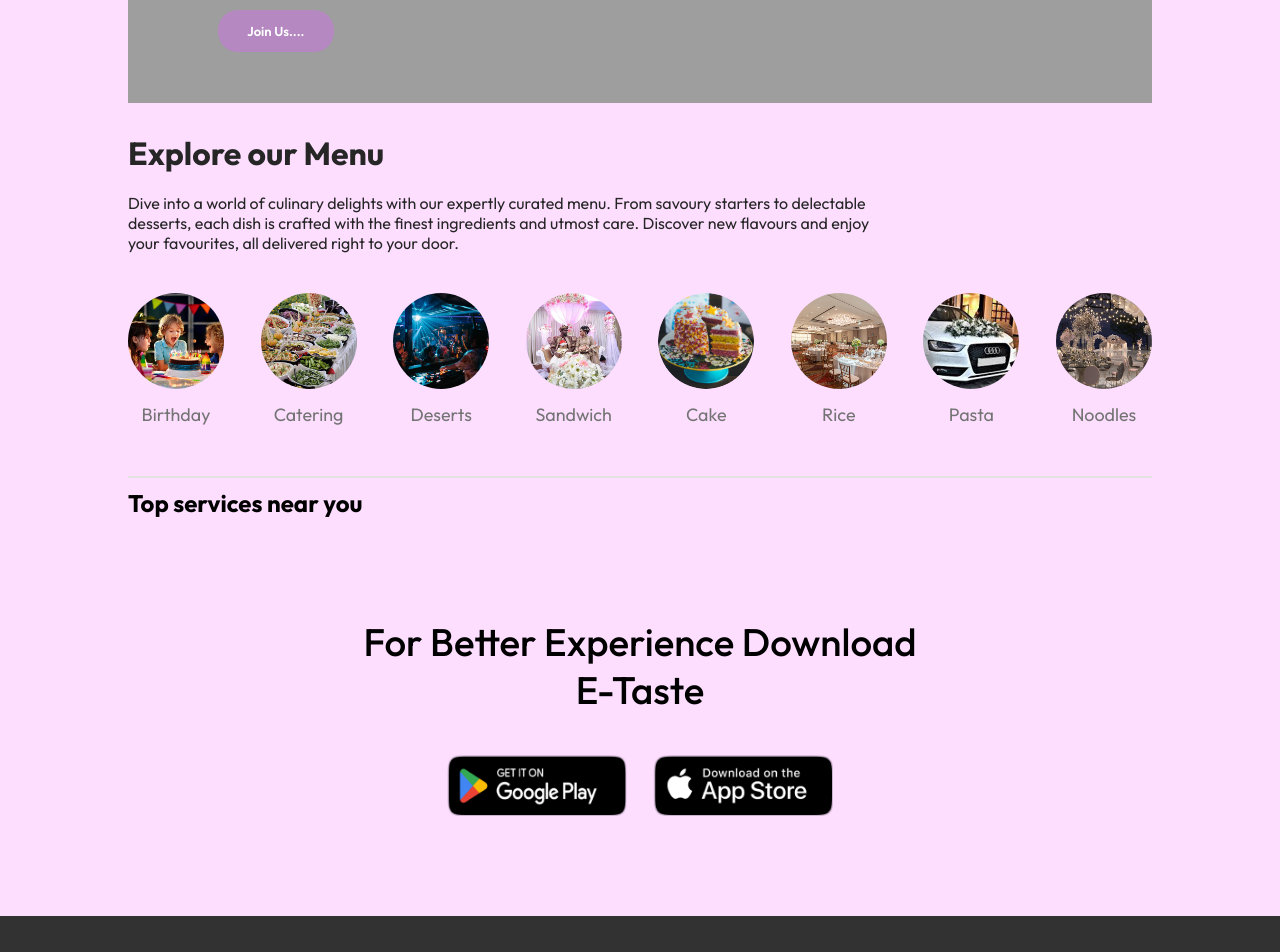
Repository: Abhiranda/Ceyloccation.lk
Page: / (app in frontend/)
These files come from the project's save history. The page is drawn as it stood at one moment and after the next save; the edit follows.
The browser window is 1280 px wide. The pictures show the part of the page from y = 521 to 1473 px (the page is 1817 px tall).
Pictures or frames that could not be fetched are drawn as grey boxes. The page's requests for data from a server got no answer. The project was rebuilt for these pictures with package versions that can differ from the ones it lists, and the page was loaded fresh each time. No one was signed in, and anything a server would have sent is missing. Also part of the build but not shown: frontend/vite.config.js, frontend/src/pages/PlaceOrder/PlaceOrder.css, frontend/src/pages/PlaceOrder/PlaceOrder.jsx, frontend/src/components/ServiceDisplay/ServiceDisplay.css, frontend/src/components/ServiceItem/ServiceItem.css, frontend/src/components/ServiceItem/ServiceItem.jsx, frontend/src/pages/Cart/Cart.css, frontend/src/pages/Cart/Cart.jsx and 6 more.

Above is the page before, as saved 2024-06-07 12:56:49.

After the next save:
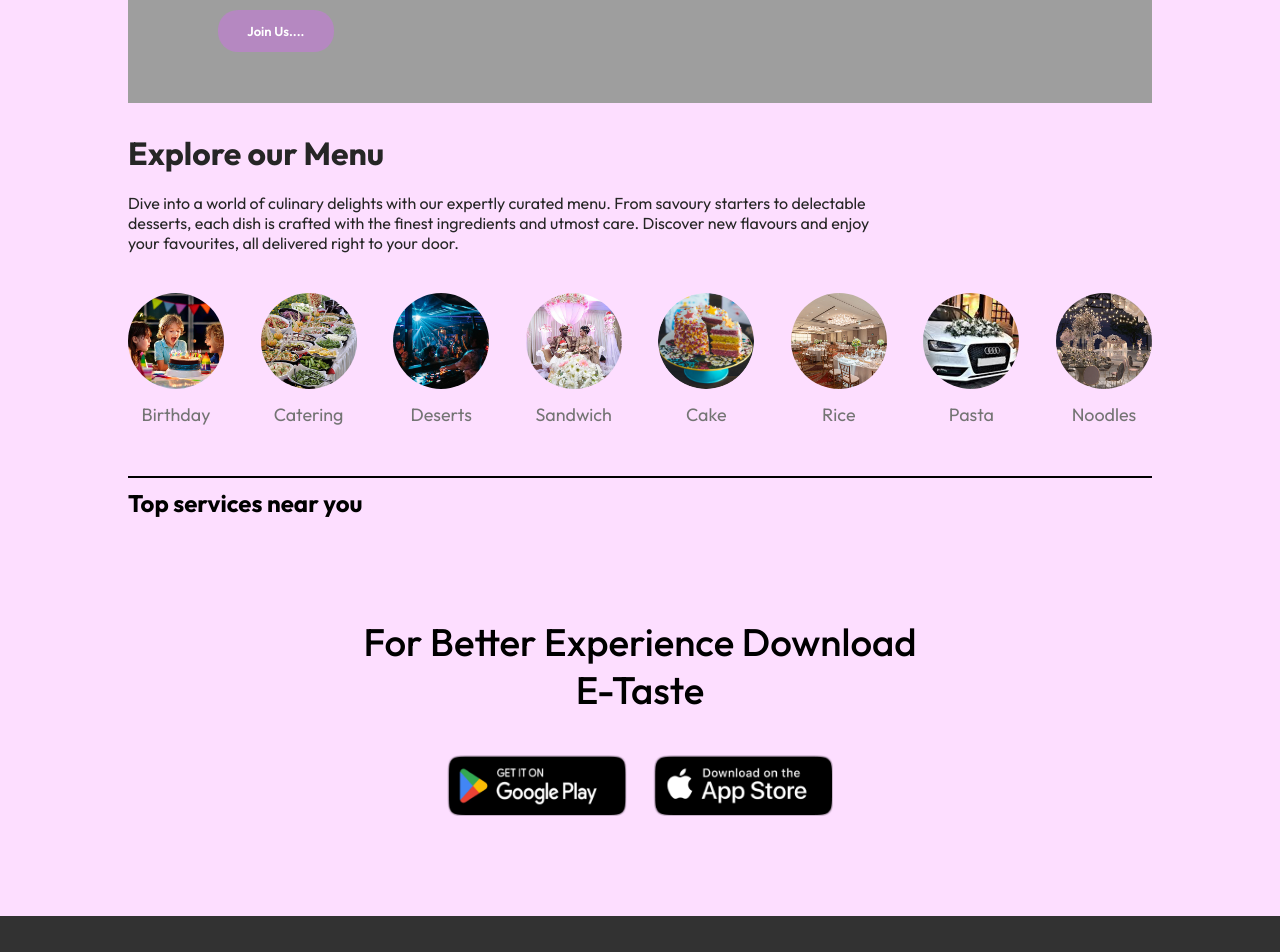
Saved 58 min 25 s later.
--- a/frontend/src/components/ExploreMenu/ExploreMenu.css
+++ b/frontend/src/components/ExploreMenu/ExploreMenu.css
@@ -49,7 +49,7 @@
 .explore-menu hr{
     margin: 10px 0px;
     height: 2px;
-    background-color: #e2e2e2;
+    background-color: #000000;
     border: none;
 }
 
